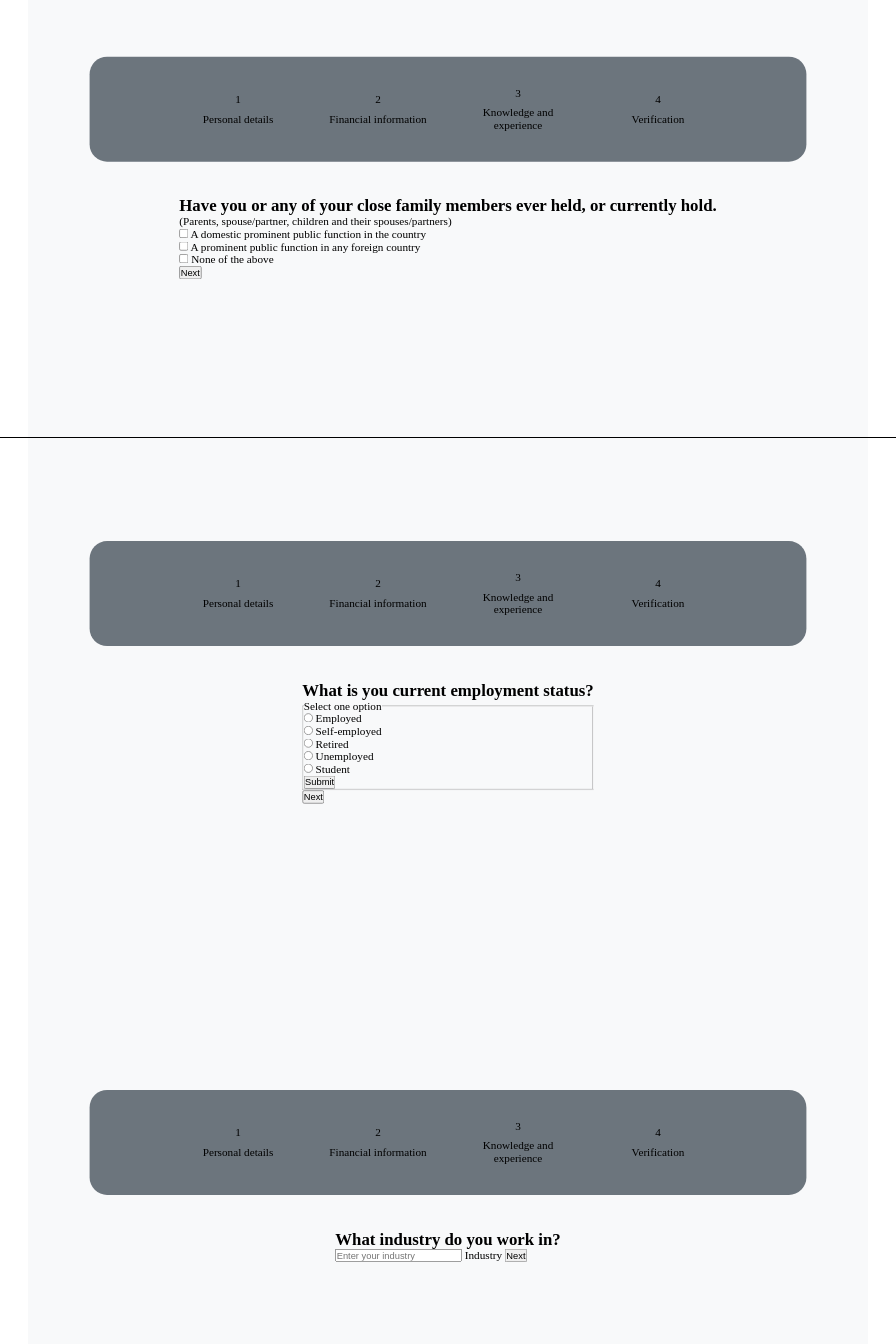
Repository: Jacques-Jaki-Morkel/vaultmarkets_SignupFlow
Page: index.HTML
An editor plug-in stored every save of this project. The page is shown before and after the next save, followed by the edit.
The browser window is 1280 px wide. The pictures show the part of the page from y = 2280 to 4200 px (the page is 4320 px tall), at 70% of full size.

Above is the page before, as saved 2025-07-30 15:16:29.

After the next save:
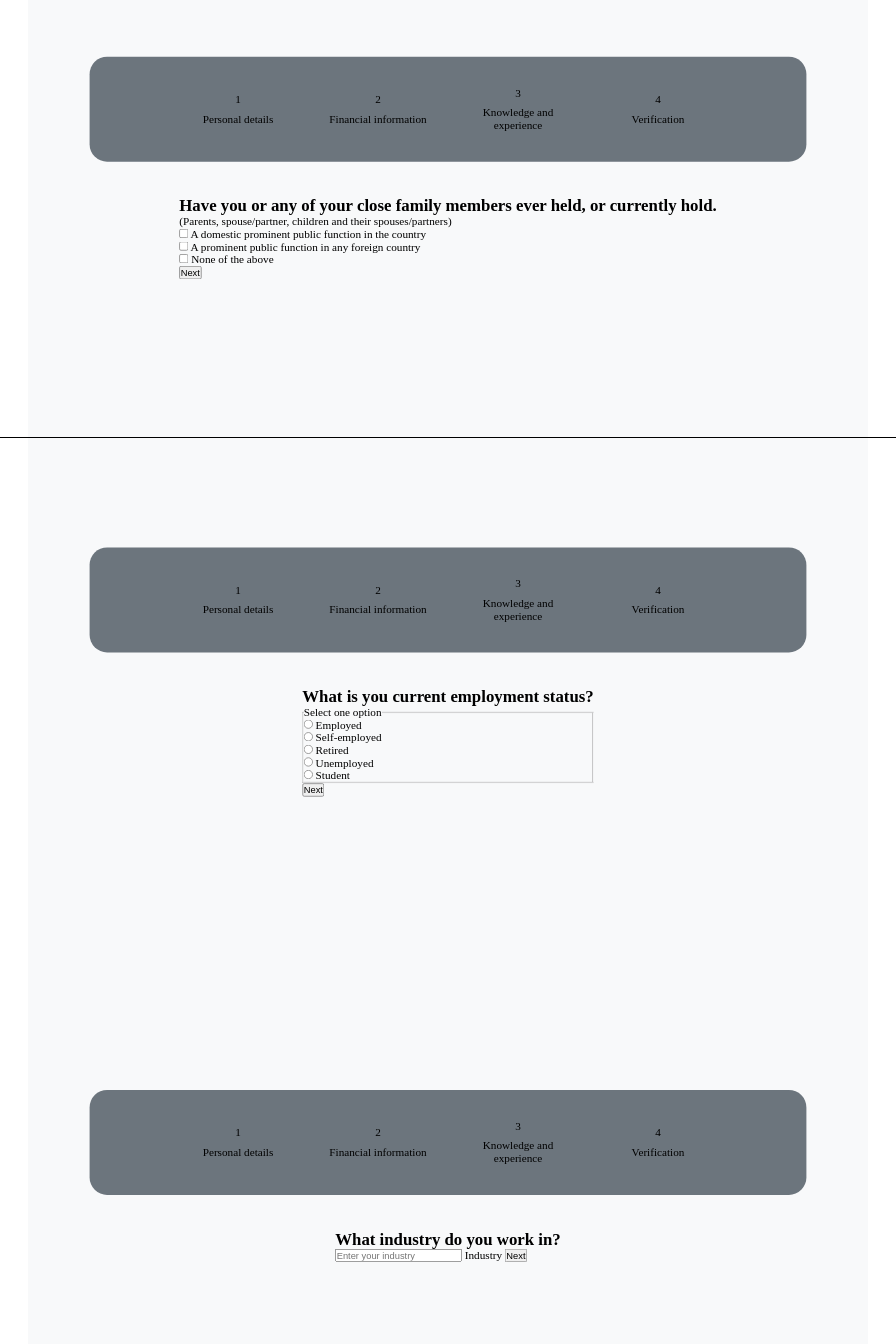
Saved 10 s later.
--- a/index.HTML
+++ b/index.HTML
@@ -316,36 +316,34 @@
             <form action="#" method="POST">
 
                 <!-- Select 1 option -->
-                  <fieldset>
-      <legend>Select one option</legend>
-
-      <div>
-        <input type="radio" id="option1" name="selection" value="option1" required>
-        <label for="option1">Employed</label>
-      </div>
-
-      <div>
-        <input type="radio" id="option2" name="selection" value="option2">
-        <label for="option2">Self-employed</label>
-      </div>
-
-      <div>
-        <input type="radio" id="option3" name="selection" value="option3">
-        <label for="option3">Retired</label>
-      </div>
-
-      <div>
-        <input type="radio" id="option4" name="selection" value="option4">
-        <label for="option4">Unemployed</label>
-      </div>
-
-      <div>
-        <input type="radio" id="option5" name="selection" value="option5">
-        <label for="option5">Student</label>
-      </div>
-
-      <button type="submit">Submit</button>
-    </fieldset>
+                <fieldset>
+                    <legend>Select one option</legend>
+
+                    <div>
+                        <input type="radio" id="option1" name="selection" value="option1" required>
+                        <label for="option1">Employed</label>
+                    </div>
+
+                    <div>
+                        <input type="radio" id="option2" name="selection" value="option2">
+                        <label for="option2">Self-employed</label>
+                    </div>
+
+                    <div>
+                        <input type="radio" id="option3" name="selection" value="option3">
+                        <label for="option3">Retired</label>
+                    </div>
+
+                    <div>
+                        <input type="radio" id="option4" name="selection" value="option4">
+                        <label for="option4">Unemployed</label>
+                    </div>
+
+                    <div>
+                        <input type="radio" id="option5" name="selection" value="option5">
+                        <label for="option5">Student</label>
+                    </div>
+                </fieldset>
                 <button type="submit">Next</button>
             </form>
     </section>
@@ -384,8 +382,8 @@
             <form action="#" method="POST">
 
                 <!-- Select 1 option -->
-            <input type="text" id="industry" name="industry" placeholder="Enter your industry" required>
-            <label for="industry">Industry</label>
+                <input type="text" id="industry" name="industry" placeholder="Enter your industry" required>
+                <label for="industry">Industry</label>
 
 
 
